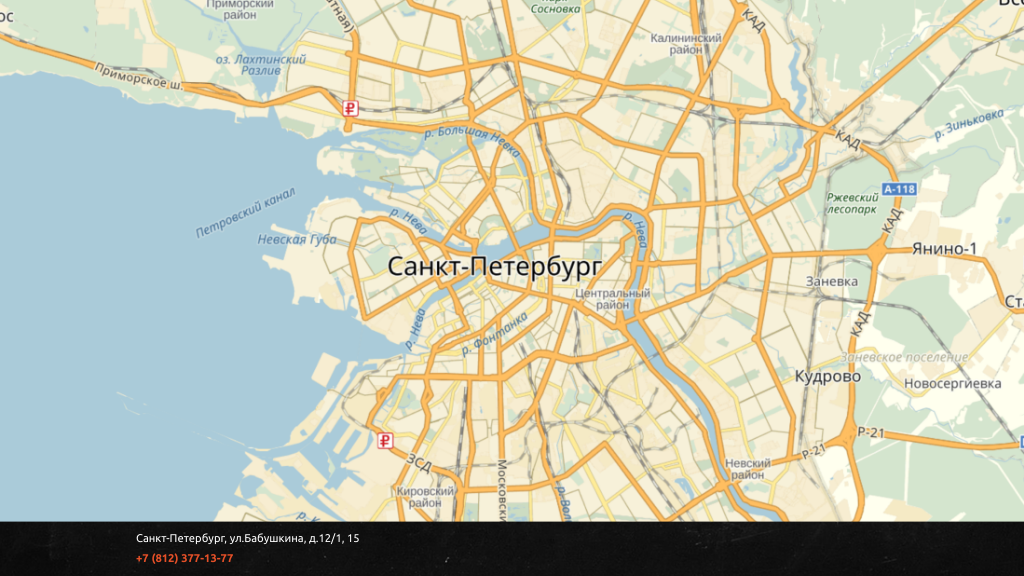
Repository: serbes85/hamburger
Page: burgers page.html
The author's editor kept a copy of each file at every save. The page is drawn from the files as they stood at one save, then again after the next save.
The browser window is 1280 px wide. The pictures show the part of the page from y = 3600 to 5040 px (the page is 4320 px tall before and 5040 px after), at 80% of full size.
The style sheet was rebuilt from its Sass, Less or Tailwind sources for each picture, by a compiler version that may differ from the author's.

Above is the page before, as saved 2020-02-08 17:59:32.

After the next save:
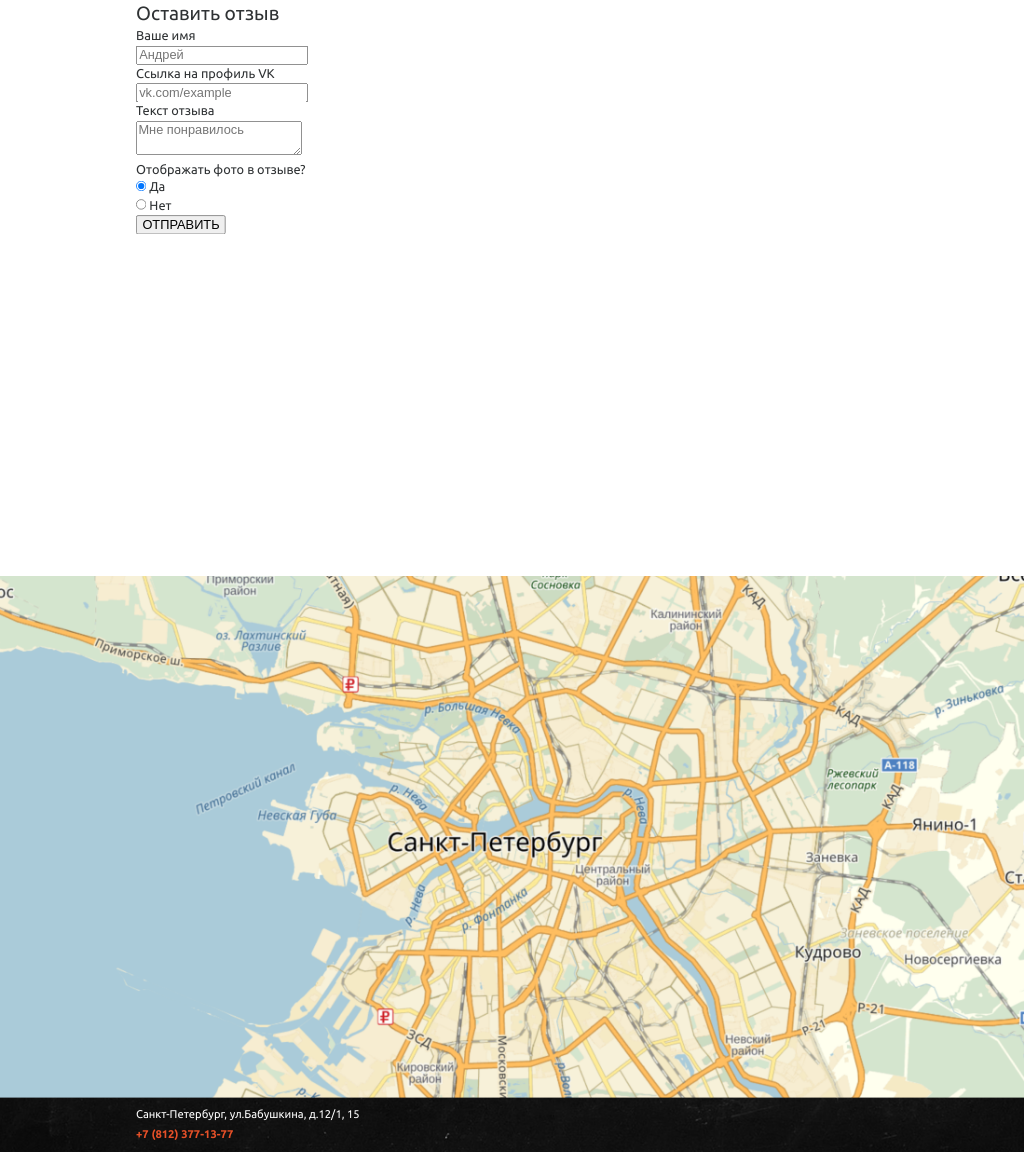
Saved 7 min 59 s later.
--- a/burgers page.html
+++ b/burgers page.html
@@ -378,6 +378,59 @@
 					</li>
 				</ul>
 			</section>
+			<section class="section delivery">
+				<div class="container">
+					<form method="get" action="" class="form">
+						<h2 class="section__title">Оставить отзыв</h2>
+						<div class="form__comment form__comment--name">
+							<p class="form__comment-label">
+								<label for="name"  class="label">Ваше имя</label>
+							</p>
+							<input type="text" name="first_name" id="name" placeholder="Андрей" class="input input--left"
+								required>
+						</div>
+						<div class="form__comment form__comment--link">
+							<p class="form__comment-label">
+								<label for="link" class="label">Cсылка на профиль VK</label>
+							</p>
+							<input type="text" name="link_VK" id="link" placeholder="vk.com/example" class="input input--right"
+								required>
+						</div>
+						<div class="form__txt">
+							<p class="form__comment-label">
+								<label for="txt">Текст отзыва</label>
+							</p>
+							<textarea name="comment" id="txt" placeholder="Мне понравилось" class="textarea"></textarea>
+						</div>
+						<div class="form__buttons">
+							<div class="radio-buttons radio-buttons--left">
+								<p class="radio-buttons__title">Отображать фото в отзыве?</p>
+								<div class="radio-buttons__item">
+									<input class="radio-buttons__input" type="radio" name="radio" id="radio__button1" checked>
+									<label class="radio-buttons__label" for="radio__button1">
+										<span class="radio-buttons__decore"></span>
+										<span class="radio-buttons__txt">Да</span>
+									</label>
+								</div>
+								<div class="radio-buttons__item">
+									<input class="radio-buttons__input" type="radio" name="radio" id="radio__button2">
+									<label class="radio-buttons__label" for="radio__button2">
+										<span class="radio-buttons__decore"></span>
+										<span class="radio-buttons__txt">Нет</span>
+									</label>
+								</div>
+							</div>
+							<div class="button__item">
+								<button  class="button__send" type="submit">
+									<div class="button__item-txt">ОТПРАВИТЬ</div>
+									<div class="button__icon button__icon_send"></div>
+								</button>
+
+							</div>
+						</div>
+					</form>
+				</div>
+			</section>
 			<section class="section contacts">
 				<footer class="footer">
 					<div class="container">
@@ -403,7 +456,7 @@
 						</div>
 					</div>
 				</footer>
-			</section>
+			</sectionsection>
 		</main>
 		<div class="button-next">
 			<a href="#" class="button-next__link">
